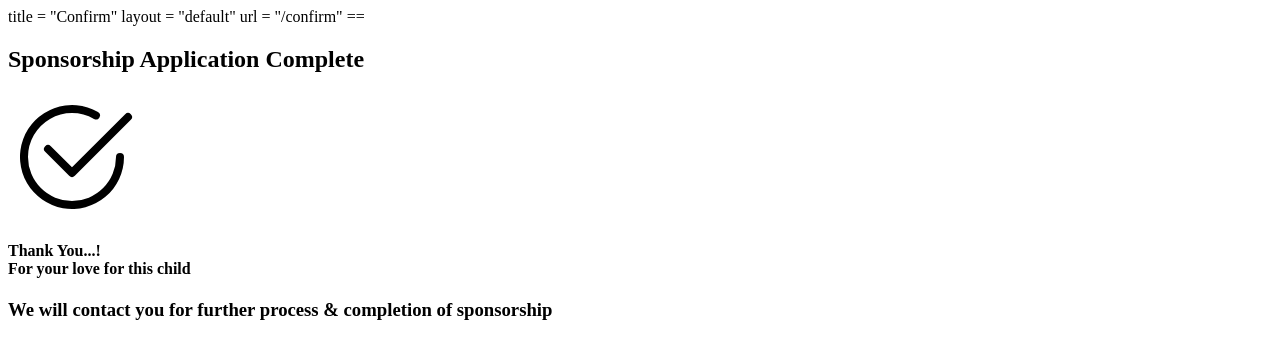
Repository: Thulaa123/sponsorchild
Page: themes/sponsor-child-theme/pages/confirmation.htm
These files come from the project's save history. The page is drawn as it stood at one moment and after the next save; the edit follows.
The browser window is 1280 px wide. The pictures show the whole page.

Above is the page before, as saved 2022-07-14 15:14:35.

After the next save:
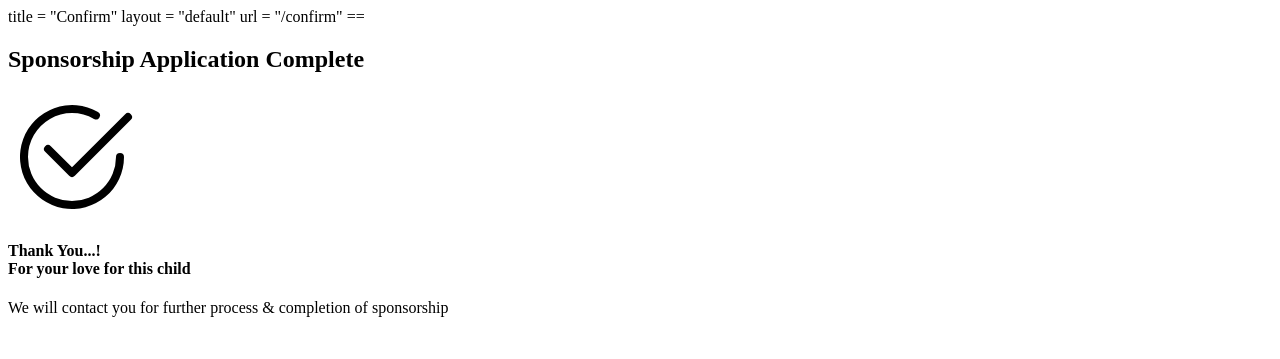
Saved 79 s later.
--- a/themes/sponsor-child-theme/pages/confirmation.htm
+++ b/themes/sponsor-child-theme/pages/confirmation.htm
@@ -18,7 +18,7 @@ url = "/confirm"
                           </svg>
                     </div>
                     <h4>Thank You...! <br>For your love for this child</h4>
-                    <h3>We will contact you for further process & completion of sponsorship</h3>
+                    <p>We will contact you for further process & completion of sponsorship</p>
                 </div>
             </div>
         </div>
